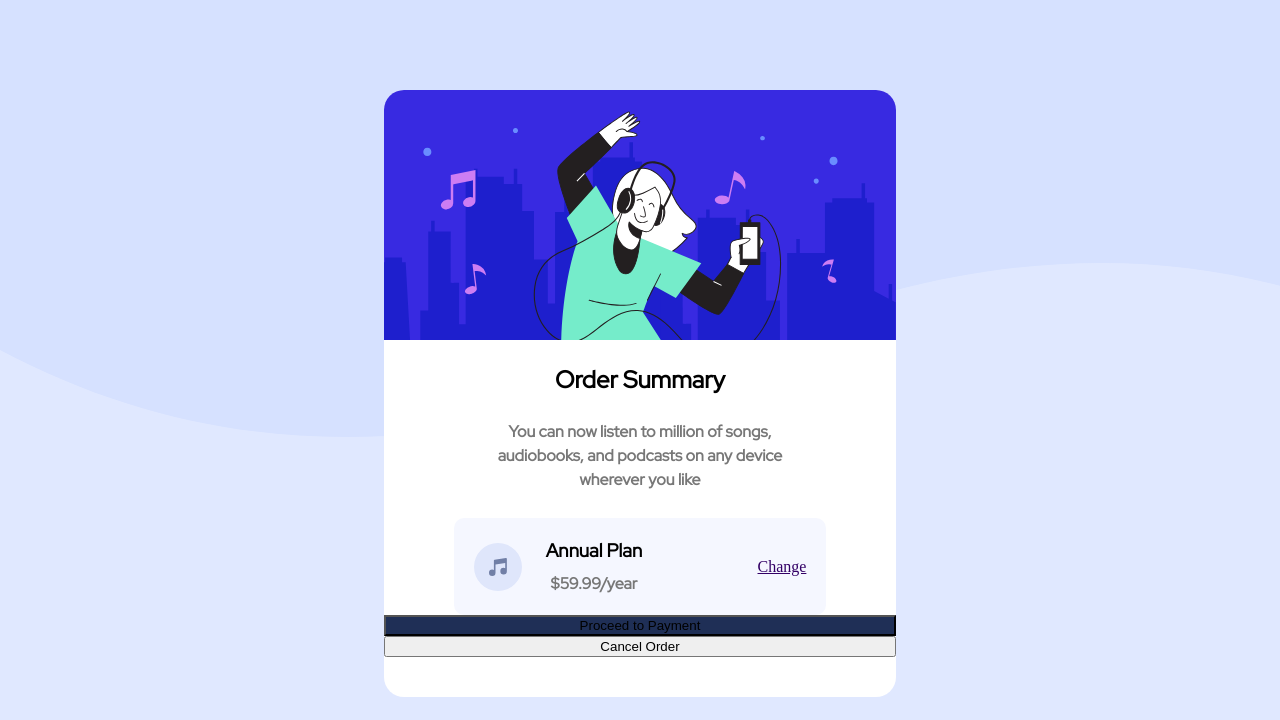
Repository: karanjain71/css-practice
Page: order-summary-component-main/index.html
These files come from the project's save history. The page is drawn as it stood at one moment and after a run of saves; the edit follows.
The browser window is 1280 px wide. The pictures show the whole page.

Above is the page before, as saved 2022-01-29 21:20:49.

After the next 2 saves:
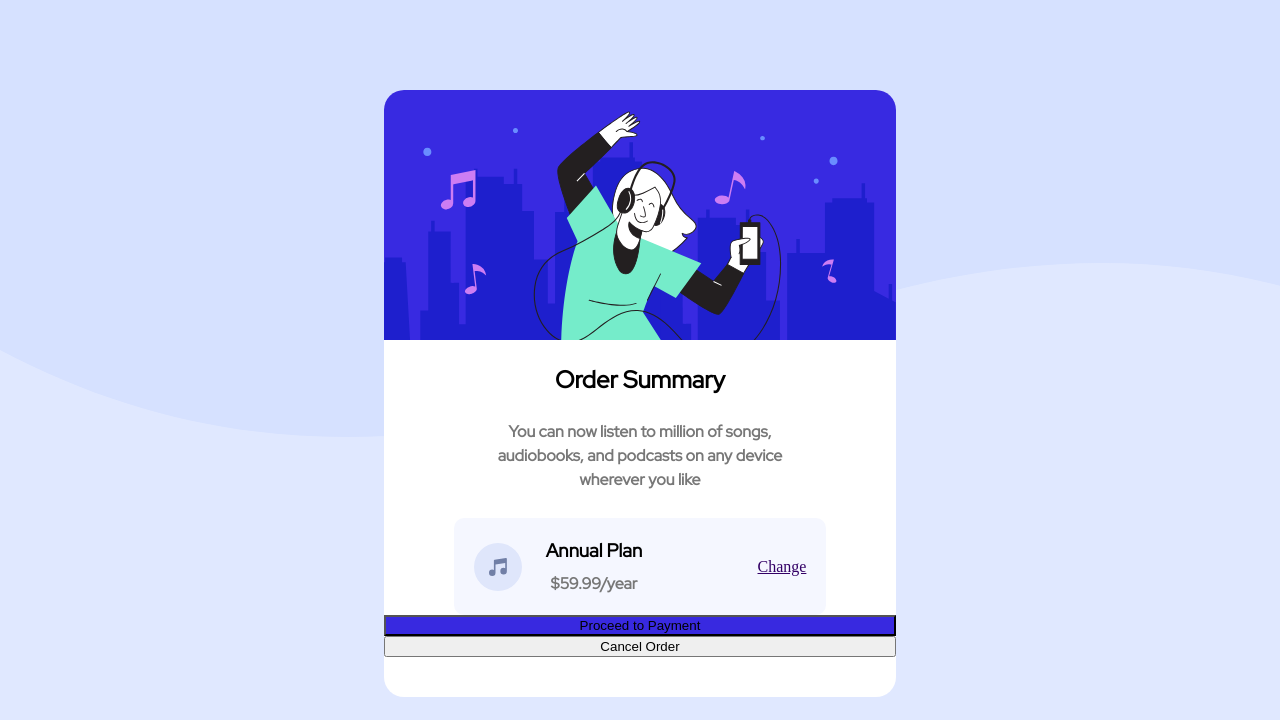
The 2 saves are shown as one change because they came seconds apart.
The last was saved 27 s later.
--- a/order-summary-component-main/style.css
+++ b/order-summary-component-main/style.css
@@ -80,5 +80,5 @@
 }
 
 .button1{
-    background-color: hsl(223, 47%, 23%);
+    background-color: hsl(245, 75%, 52%);
 }
